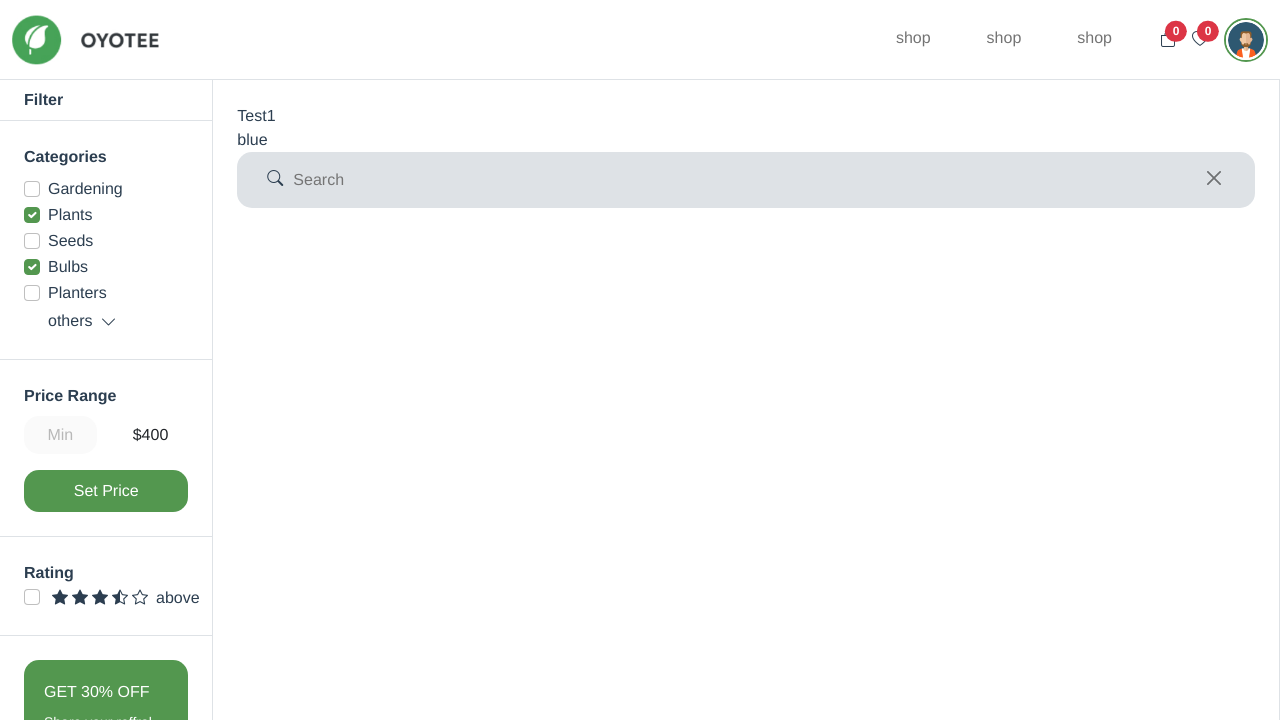
Repository: arpitaWebD/PlantShopping
Page: /
The author's editor kept a copy of each file at every save. The page is drawn from the files as they stood at one save, then again after the next save.
The browser window is 1280 px wide. The pictures show the whole page.
Some web libraries are served in a nearby version. The project was rebuilt for these pictures with package versions that can differ from the ones it lists, and the page was loaded fresh each time. Also part of the build but not shown: src/components/Product.vue, src/components/ProductPreview.vue, src/views/AddToCart.vue, src/views/WishList.vue.

Above is the page before, as saved 2022-01-21 18:21:51.

After the next save:
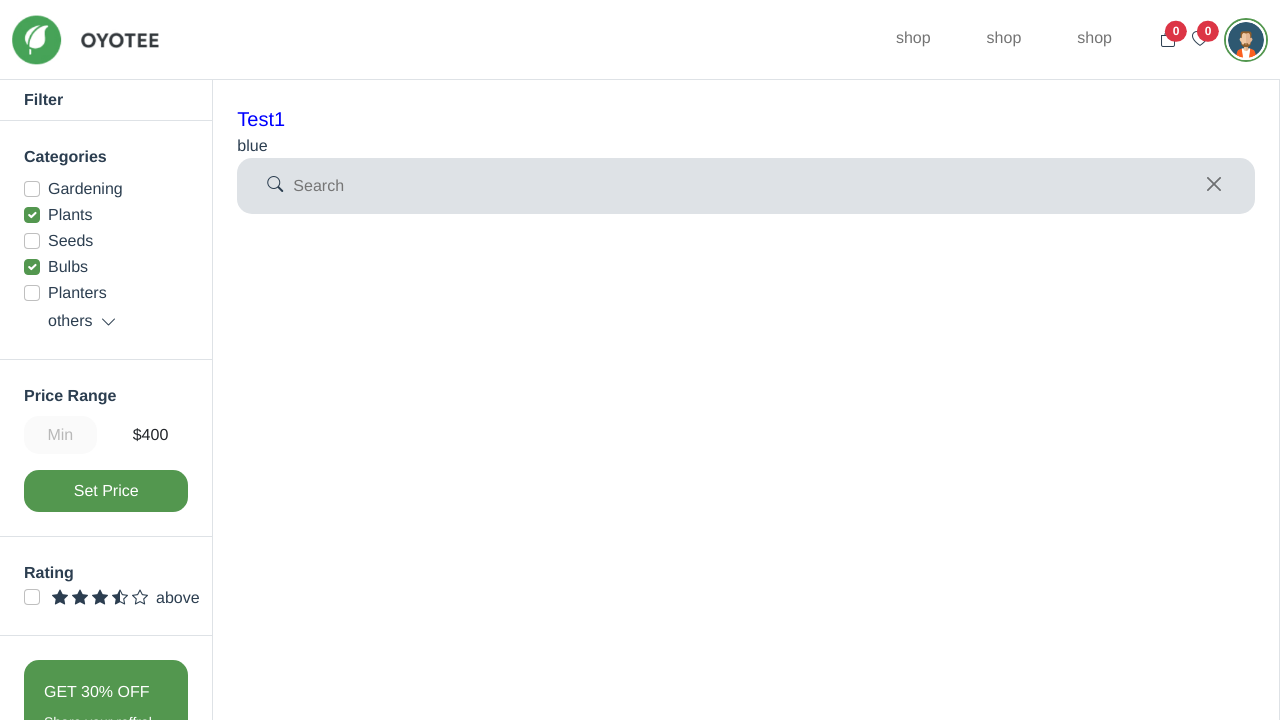
Saved 10 s later.
--- a/src/components/Search.vue
+++ b/src/components/Search.vue
@@ -73,3 +73,10 @@
         }
     };
 </script>
+
+<style scoped>
+  .text {
+    color: v-bind(color); /* This works */
+    font-size: 20px; /* This works */
+  }
+</style>
